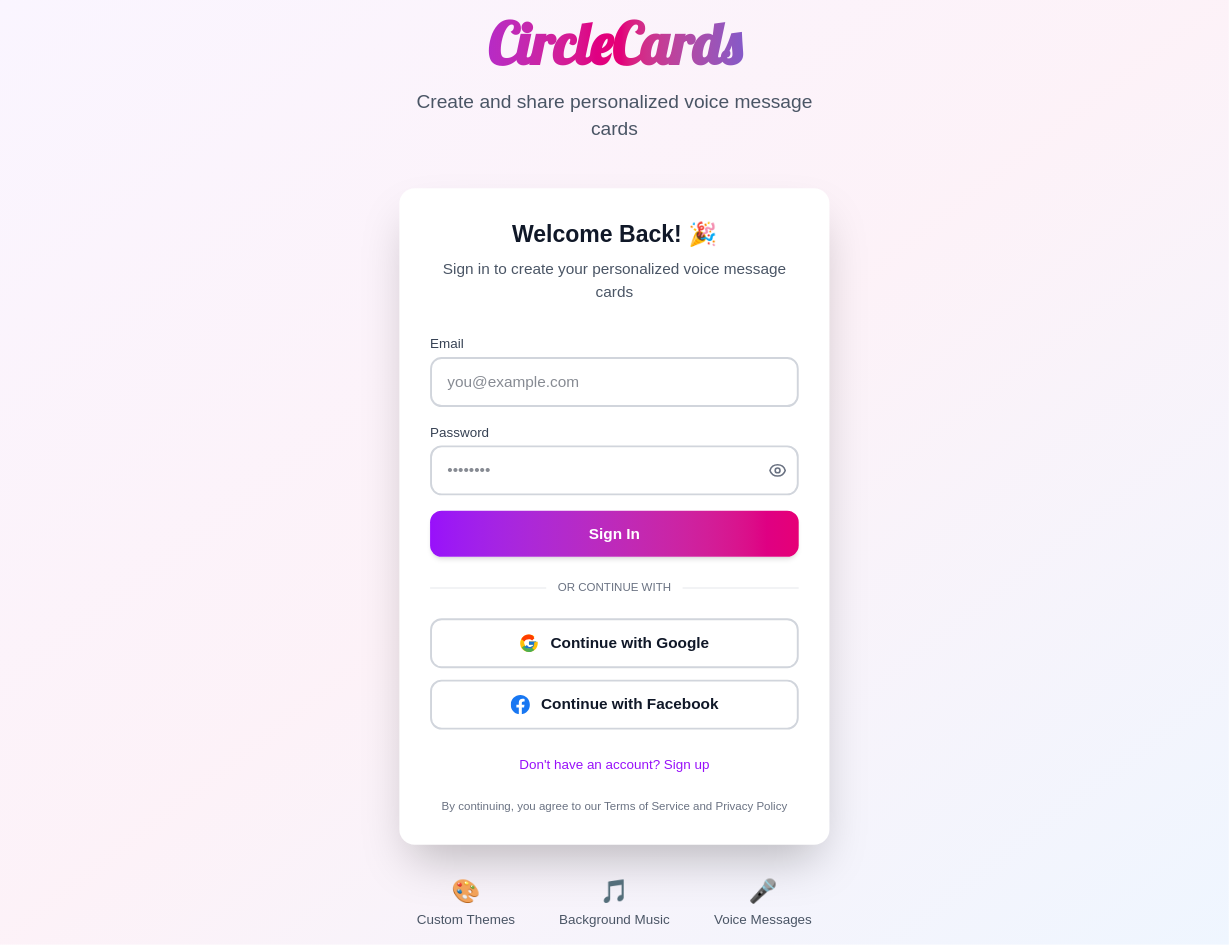
Repository: Aworminator/Birthday-Card-App
Page: /
These files come from the project's save history. The page is drawn as it stood at one moment and after the next save; the edit follows.
The browser window is 1280 px wide. The pictures show the whole page, at 96% of full size.
The page's requests for data from a server got no answer. The project was rebuilt for these pictures with package versions that can differ from the ones it lists, and the page was loaded fresh each time. The framework's server and built-in components were replaced by stand-ins that run in the browser. No one was signed in, and anything a server would have sent is missing. Also part of the build but not shown: next.config.ts.

Above is the page before, as saved 2025-12-22 20:07:21.

### app/layout.tsx
import type { Metadata } from "next";
import { Geist, Geist_Mono, Lobster } from "next/font/google";
import "./globals.css";

const geistSans = Geist({
  variable: "--font-geist-sans",
  subsets: ["latin"],
});

const geistMono = Geist_Mono({
  variable: "--font-geist-mono",
  subsets: ["latin"],
});

const lobster = Lobster({
  weight: "400",
  variable: "--font-lobster",
  subsets: ["latin"],
});

export const metadata: Metadata = {
  title: "Create Next App",
  description: "Generated by create next app",
};

export default function RootLayout({
  children,
}: Readonly<{
  children: React.ReactNode;
}>) {
  return (
    <html lang="en">
      <body
        className={`${geistSans.variable} ${geistMono.variable} ${lobster.variable} antialiased`}
      >
        {children}
      </body>
    </html>
  );
}

### app/page.tsx
"use client";
import { useEffect, useState } from "react";
import { supabase } from "@/lib/supabase";
import { useRouter } from "next/navigation";

export default function WelcomePage() {
  const router = useRouter();
  const [loading, setLoading] = useState(true);
  const [isSignUp, setIsSignUp] = useState(false);
  const [email, setEmail] = useState("");
  const [password, setPassword] = useState("");
  const [authLoading, setAuthLoading] = useState(false);
  const [showPassword, setShowPassword] = useState(false);

  // Password validation
  const validatePassword = (pwd: string) => {
    const hasUpperCase = /[A-Z]/.test(pwd);
    const hasLowerCase = /[a-z]/.test(pwd);
    const hasNumber = /[0-9]/.test(pwd);
    const hasSpecialChar = /[!@#$%^&*(),.?":{}|<>]/.test(pwd);
    const isLongEnough = pwd.length >= 8;

    return {
      hasUpperCase,
      hasLowerCase,
      hasNumber,
      hasSpecialChar,
      isLongEnough,
      isValid:
        hasUpperCase &&
        hasLowerCase &&
        hasNumber &&
        hasSpecialChar &&
        isLongEnough,
    };
  };

  const passwordValidation = validatePassword(password);

  useEffect(() => {
    // Check if user is already logged in
    checkUser();
  }, []);

  const checkUser = async () => {
    const {
      data: { session },
    } = await supabase.auth.getSession();
    if (session) {
      router.push("/dashboard");
    } else {
      setLoading(false);
    }
  };

  const handleEmailAuth = async (e: React.FormEvent) => {
    e.preventDefault();

    // Validate password requirements for sign up
    if (isSignUp && !passwordValidation.isValid) {
      alert("Please meet all password requirements before signing up.");
      return;
    }

    setAuthLoading(true);

    try {
      if (isSignUp) {
        const { error } = await supabase.auth.signUp({
          email,
          password,
          options: {
            emailRedirectTo: `${window.location.origin}/dashboard`,
          },
        });
        if (error) throw error;
        alert("Check your email for the confirmation link!");
      } else {
        const { error } = await supabase.auth.signInWithPassword({
          email,
          password,
        });
        if (error) throw error;
        router.push("/dashboard");
      }
    } catch (error: any) {
      console.error("Error:", error);
      alert(error.message || "Authentication failed. Please try again.");
    } finally {
      setAuthLoading(false);
    }
  };

  const handleOAuth = async (provider: "google" | "facebook") => {
    setAuthLoading(true);
    try {
      const redirectTo = `${window.location.origin}/auth/callback`;
      const { error } = await supabase.auth.signInWithOAuth({
        provider,
        options: { redirectTo },
      });
      if (error) throw error;
      // Redirect happens automatically by Supabase
    } catch (error: any) {
      console.error("OAuth error:", error);
      alert(error.message || "Sign-in failed. Please try again.");
    } finally {
      setAuthLoading(false);
    }
  };

  if (loading) {
    return (
      <main className="min-h-screen flex items-center justify-center bg-gradient-to-br from-purple-50 via-pink-50 to-blue-50">
        <div className="animate-spin rounded-full h-12 w-12 border-b-2 border-purple-500"></div>
      </main>
    );
  }

  return (
    <main className="min-h-screen flex items-center justify-center bg-gradient-to-br from-purple-50 via-pink-50 to-blue-50 p-4">
      <div className="max-w-md w-full">
        {/* Logo/Header */}
        <div className="text-center mb-12">
          <h1
            className="text-6xl font-bold mb-4 bg-gradient-to-r from-purple-600 via-pink-600 to-blue-600 bg-clip-text text-transparent"
            style={{
              fontFamily: '"Lobster", sans-serif',
            }}
          >
            CircleCards
          </h1>
          <p className="text-xl text-gray-600">
            Create and share personalized voice message cards
          </p>
        </div>

        {/* Welcome Card */}
        <div className="bg-white rounded-2xl shadow-2xl p-8">
          <h2 className="text-2xl font-bold text-gray-900 mb-2 text-center">
            {isSignUp ? "Create Account" : "Welcome Back!"} 🎉
          </h2>
          <p className="text-gray-600 mb-8 text-center">
            {isSignUp
              ? "Sign up to start creating voice message cards"
              : "Sign in to create your personalized voice message cards"}
          </p>

          {/* Email/Password Form */}
          <form onSubmit={handleEmailAuth} className="space-y-4">
            <div>
              <label
                htmlFor="email"
                className="block text-sm font-medium text-gray-700 mb-1"
              >
                Email
              </label>
              <input
                id="email"
                type="email"
                value={email}
                onChange={(e) => setEmail(e.target.value)}
                required
                className="w-full px-4 py-3 border-2 border-gray-300 rounded-xl focus:border-purple-500 focus:outline-none transition-colors text-gray-900"
                placeholder="you@example.com"
              />
            </div>
            <div>
              <label
                htmlFor="password"
                className="block text-sm font-medium text-gray-700 mb-1"
              >
                Password
              </label>
              <div className="relative">
                <input
                  id="password"
                  type={showPassword ? "text" : "password"}
                  value={password}
                  onChange={(e) => setPassword(e.target.value)}
                  required
                  minLength={8}
                  className="w-full px-4 py-3 pr-12 border-2 border-gray-300 rounded-xl focus:border-purple-500 focus:outline-none transition-colors text-gray-900"
                  placeholder="••••••••"
                />
                <button
                  type="button"
                  onClick={() => setShowPassword(!showPassword)}
                  className="absolute right-3 top-1/2 -translate-y-1/2 text-gray-500 hover:text-gray-700"
                >
                  {showPassword ? (
                    <svg
                      className="w-5 h-5"
                      fill="none"
                      stroke="currentColor"
                      viewBox="0 0 24 24"
                    >
                      <path
                        strokeLinecap="round"
                        strokeLinejoin="round"
                        strokeWidth={2}
                        d="M13.875 18.825A10.05 10.05 0 0112 19c-4.478 0-8.268-2.943-9.543-7a9.97 9.97 0 011.563-3.029m5.858.908a3 3 0 114.243 4.243M9.878 9.878l4.242 4.242M9.88 9.88l-3.29-3.29m7.532 7.532l3.29 3.29M3 3l3.59 3.59m0 0A9.953 9.953 0 0112 5c4.478 0 8.268 2.943 9.543 7a10.025 10.025 0 01-4.132 5.411m0 0L21 21"
                      />
                    </svg>
                  ) : (
                    <svg
                      className="w-5 h-5"
                      fill="none"
                      stroke="currentColor"
                      viewBox="0 0 24 24"
                    >
                      <path
                        strokeLinecap="round"
                        strokeLinejoin="round"
                        strokeWidth={2}
                        d="M15 12a3 3 0 11-6 0 3 3 0 016 0z"
                      />
                      <path
                        strokeLinecap="round"
                        strokeLinejoin="round"
                        strokeWidth={2}
                        d="M2.458 12C3.732 7.943 7.523 5 12 5c4.478 0 8.268 2.943 9.542 7-1.274 4.057-5.064 7-9.542 7-4.477 0-8.268-2.943-9.542-7z"
                      />
                    </svg>
                  )}
                </button>
              </div>
              {isSignUp && password && (
                <div className="mt-2 space-y-1 text-xs">
                  <div
                    className={
                      passwordValidation.isLongEnough
                        ? "text-green-600"
                        : "text-gray-500"
                    }
                  >
                    {passwordValidation.isLongEnough ? "✓" : "○"} At least 8
                    characters
                  </div>
                  <div
                    className={
                      passwordValidation.hasUpperCase
                        ? "text-green-600"
                        : "text-gray-500"
                    }
                  >
                    {passwordValidation.hasUpperCase ? "✓" : "○"} One uppercase
                    letter
                  </div>
                  <div
                    className={
                      passwordValidation.hasLowerCase
                        ? "text-green-600"
                        : "text-gray-500"
                    }
                  >
                    {passwordValidation.hasLowerCase ? "✓" : "○"} One lowercase
                    letter
                  </div>
                  <div
                    className={
                      passwordValidation.hasNumber
                        ? "text-green-600"
                        : "text-gray-500"
                    }
                  >
                    {passwordValidation.hasNumber ? "✓" : "○"} One number
                  </div>
                  <div
                    className={
                      passwordValidation.hasSpecialChar
                        ? "text-green-600"
                        : "text-gray-500"
                    }
                  >
                    {passwordValidation.hasSpecialChar ? "✓" : "○"} One special
                    character (!@#$%^&*)
                  </div>
                </div>
              )}
            </div>
            <button
              type="submit"
              disabled={authLoading}
              className="w-full px-6 py-3 bg-gradient-to-r from-purple-600 to-pink-600 text-white rounded-xl hover:from-purple-700 hover:to-pink-700 transition-all shadow-md hover:shadow-lg font-semibold disabled:opacity-50 disabled:cursor-not-allowed"
            >
              {authLoading ? "Loading..." : isSignUp ? "Sign Up" : "Sign In"}
            </button>
          </form>

          {/* Divider */}
          <div className="my-6 flex items-center">
            <div className="flex-1 h-px bg-gray-200" />
            <span className="px-3 text-xs uppercase text-gray-500">
              Or continue with
            </span>
            <div className="flex-1 h-px bg-gray-200" />
          </div>

          {/* OAuth Buttons */}
          <div className="grid gap-3">
            <button
              type="button"
              disabled={authLoading}
              onClick={() => handleOAuth("google")}
              className="w-full px-6 py-3 border-2 border-gray-300 rounded-xl hover:border-gray-400 transition-all bg-white text-gray-900 font-semibold disabled:opacity-50 disabled:cursor-not-allowed flex items-center justify-center gap-3"
            >
              <svg
                xmlns="http://www.w3.org/2000/svg"
                viewBox="0 0 48 48"
                className="w-5 h-5"
              >
                <path
                  fill="#FFC107"
                  d="M43.611 20.083H42V20H24v8h11.303C33.676 31.258 29.223 34 24 34c-6.627 0-12-5.373-12-12s5.373-12 12-12c3.059 0 5.842 1.153 7.961 3.039l5.657-5.657C34.869 4.108 29.706 2 24 2 11.85 2 2 11.85 2 24s9.85 22 22 22 22-9.85 22-22c0-1.341-.138-2.651-.389-3.917z"
                />
                <path
                  fill="#FF3D00"
                  d="M6.306 14.691l6.571 4.814C14.297 16.108 18.757 14 24 14c3.059 0 5.842 1.153 7.961 3.039l5.657-5.657C34.869 4.108 29.706 2 24 2 15.317 2 7.957 6.76 4.306 14.691z"
                />
                <path
                  fill="#4CAF50"
                  d="M24 46c5.166 0 9.86-1.977 13.409-5.191l-6.19-5.238C29.172 36.477 26.735 37.5 24 37.5 18.805 37.5 14.373 34.127 12.71 29.5l-6.49 5.002C9.828 41.289 16.428 46 24 46z"
                />
                <path
                  fill="#1976D2"
                  d="M43.611 20.083H42V20H24v8h11.303c-1.353 3.258-4.63 5.5-8.303 5.5-3.582 0-6.64-2.091-8.004-5.108l-6.49 5.002C14.373 34.127 18.805 37.5 24 37.5 29.223 37.5 33.676 34.758 35.303 32h.001c1.095-1.704 1.743-3.705 1.743-5.917 0-1.341-.138-2.651-.389-3.917z"
                />
              </svg>
              Continue with Google
            </button>
            <button
              type="button"
              disabled={authLoading}
              onClick={() => handleOAuth("facebook")}
              className="w-full px-6 py-3 border-2 border-gray-300 rounded-xl hover:border-gray-400 transition-all bg-white text-gray-900 font-semibold disabled:opacity-50 disabled:cursor-not-allowed flex items-center justify-center gap-3"
            >
              <svg
                xmlns="http://www.w3.org/2000/svg"
                viewBox="0 0 24 24"
                className="w-5 h-5 fill-[#1877F2]"
              >
                <path d="M24 12.073C24 5.405 18.627 0 12 0S0 5.405 0 12.073C0 18.09 4.388 23.094 10.125 24v-8.438H7.078V12.07h3.047V9.412c0-3.007 1.792-4.668 4.533-4.668 1.312 0 2.686.235 2.686.235v2.953h-1.513c-1.492 0-1.955.93-1.955 1.887v2.251h3.328l-.532 3.492h-2.796V24C19.612 23.094 24 18.09 24 12.073z" />
              </svg>
              Continue with Facebook
            </button>
          </div>

          <div className="mt-6 text-center">
            <button
              onClick={() => setIsSignUp(!isSignUp)}
              className="text-sm text-purple-600 hover:text-purple-700 font-medium"
            >
              {isSignUp
                ? "Already have an account? Sign in"
                : "Don't have an account? Sign up"}
            </button>
          </div>

          <p className="text-xs text-gray-500 text-center mt-6">
            By continuing, you agree to our Terms of Service and Privacy Policy
          </p>
        </div>

        {/* Features */}
        <div className="mt-8 text-center">
          <div className="grid grid-cols-3 gap-4 text-sm text-gray-600">
            <div>
              <div className="text-2xl mb-1">🎨</div>
              <div>Custom Themes</div>
            </div>
            <div>
              <div className="text-2xl mb-1">🎵</div>
              <div>Background Music</div>
            </div>
            <div>
              <div className="text-2xl mb-1">🎤</div>
              <div>Voice Messages</div>
            </div>
          </div>
        </div>
      </div>
    </main>
  );
}

### app/globals.css
@import "tailwindcss";

:root {
  --background: #ffffff;
  --foreground: #171717;
}

@theme inline {
  --color-background: var(--background);
  --color-foreground: var(--foreground);
  --font-sans: var(--font-geist-sans);
  --font-mono: var(--font-geist-mono);
}

@media (prefers-color-scheme: dark) {
  :root {
    --background: #0a0a0a;
    --foreground: #ededed;
  }
}

body {
  background: var(--background);
  color: var(--foreground);
  font-family: Arial, Helvetica, sans-serif;
}

/* Snowflake animation for Christmas background */
.snowflake {
  position: absolute;
  color: white;
  font-size: 1em;
  opacity: 0.8;
  animation-name: fall;
  animation-timing-function: linear;
  user-select: none;
}

@keyframes fall {
  0% {
    transform: translateY(-10vh);
    opacity: 0;
  }
  15% {
    opacity: 1;
  }
  100% {
    transform: translateY(110vh);
    opacity: 1;
  }
}

/* Balloon animation for Birthday background */
.balloon {
  position: absolute;
  bottom: -15vh;
  opacity: 0;
  animation-name: floatUp;
  animation-timing-function: ease-in;
  width: 60px;
  height: 80px;
  border-radius: 50% 50% 45% 45%;
  border: 2px solid rgba(0, 0, 0, 0.4);
  box-shadow: inset -10px -20px 30px rgba(255, 255, 255, 0.4);
  z-index: 1;
}

/* Knot under the balloon */
.balloon::after {
  content: "";
  position: absolute;
  bottom: -10px;
  left: 50%;
  width: 6px;
  height: 6px;
  background: inherit;
  border: 2px solid rgba(0, 0, 0, 0.4);
  border-radius: 20% 60% 60% 60%;
  transform: translateX(-50%) rotate(45deg);
  z-index: 0;
}

.balloon::before {
  content: "";
  position: absolute;
  bottom: -40px;
  left: 50%;
  width: 1px;
  height: 40px;
  background: rgba(0, 0, 0, 0.387);
  transform: translateX(-50%);
}

@keyframes floatUp {
  0% {
    transform: translateY(0);
    opacity: 0;
  }
  10% {
    opacity: 1;
  }
  100% {
    transform: translateY(-120vh);
    opacity: 0;
  }
}

### lib/supabase.ts
import { createClient } from "@supabase/supabase-js";

const supabaseUrl = process.env.NEXT_PUBLIC_SUPABASE_URL;
const supabaseAnonKey = process.env.NEXT_PUBLIC_SUPABASE_ANON_KEY;

if (!supabaseUrl || !supabaseAnonKey) {
  // Provide clear guidance during dev rather than crashing obscurely
  console.error(
    "Supabase env vars missing. Set NEXT_PUBLIC_SUPABASE_URL and NEXT_PUBLIC_SUPABASE_ANON_KEY in .env.local."
  );
  throw new Error("Supabase configuration missing.");
}

export const supabase = createClient(supabaseUrl, supabaseAnonKey);

export type BirthdayCard = {
  id: string;
  name: string;
  image_url: string;
  audio_url: string;
  project_id: string;
  user_id: string;
  created_at: string;
  updated_at: string;
};

export type Project = {
  id: string;
  user_id: string;
  name: string;
  theme: "birthday" | "christmas" | "neutral";
  header_text: string;
  custom_music_url: string | null;
  use_default_music: boolean;
  automatic_mode: boolean;
  created_at: string;
  updated_at: string;
};

export type ShareSession = {
  id: string;
  share_id: string;
  project_id: string;
  created_at: string;
};

export type InviteSession = {
  id: string;
  invite_id: string;
  project_id: string;
  access_code: string;
  used: boolean;
  created_at: string;
  used_at: string | null;
};

After the next save:
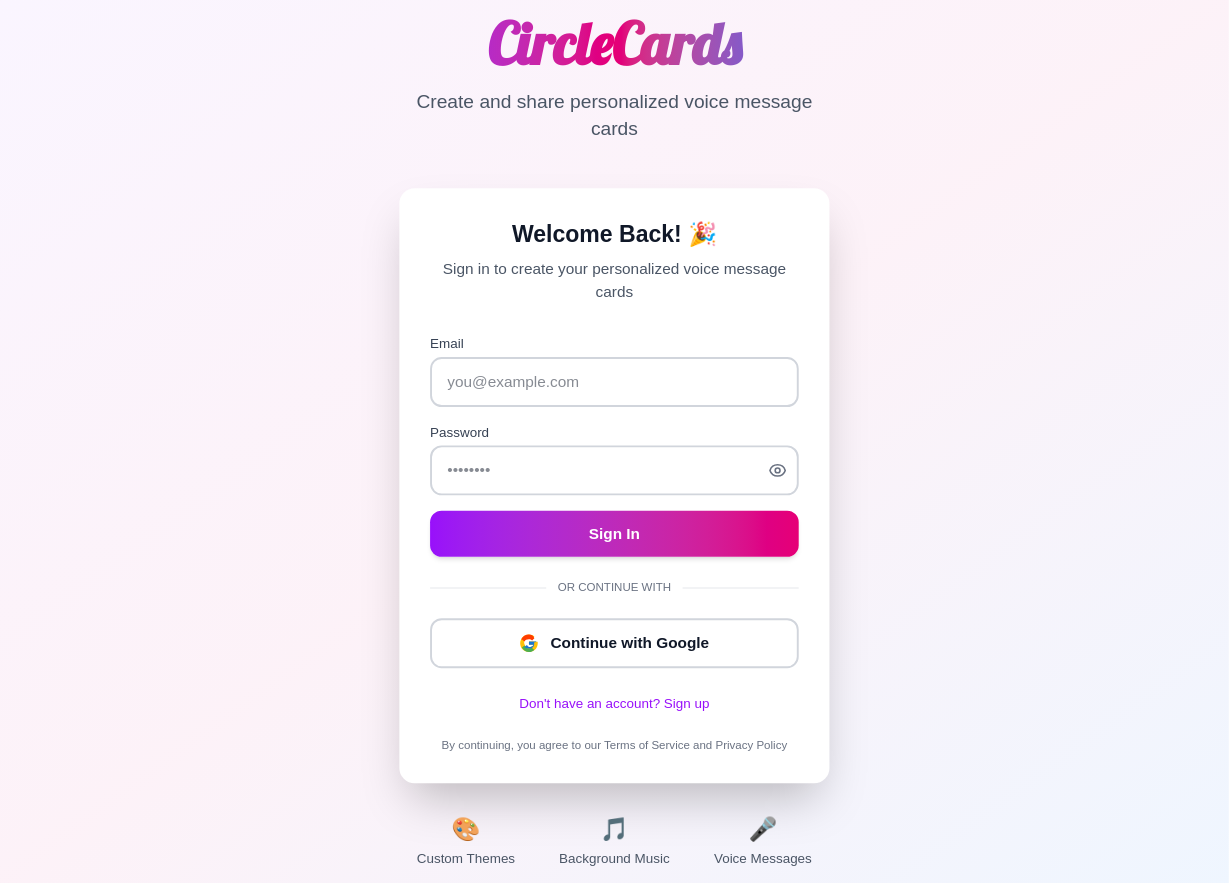
Saved 55 min 46 s later.
--- a/app/page.tsx
+++ b/app/page.tsx
@@ -2,6 +2,8 @@
 import { useEffect, useState } from "react";
 import { supabase } from "@/lib/supabase";
 import { useRouter } from "next/navigation";
+
+const enableFacebook = process.env.NEXT_PUBLIC_ENABLE_FACEBOOK === "true";
 
 export default function WelcomePage() {
   const router = useRouter();
@@ -329,21 +331,23 @@ export default function WelcomePage() {
               </svg>
               Continue with Google
             </button>
-            <button
-              type="button"
-              disabled={authLoading}
-              onClick={() => handleOAuth("facebook")}
-              className="w-full px-6 py-3 border-2 border-gray-300 rounded-xl hover:border-gray-400 transition-all bg-white text-gray-900 font-semibold disabled:opacity-50 disabled:cursor-not-allowed flex items-center justify-center gap-3"
-            >
-              <svg
-                xmlns="http://www.w3.org/2000/svg"
-                viewBox="0 0 24 24"
-                className="w-5 h-5 fill-[#1877F2]"
+            {enableFacebook && (
+              <button
+                type="button"
+                disabled={authLoading}
+                onClick={() => handleOAuth("facebook")}
+                className="w-full px-6 py-3 border-2 border-gray-300 rounded-xl hover:border-gray-400 transition-all bg-white text-gray-900 font-semibold disabled:opacity-50 disabled:cursor-not-allowed flex items-center justify-center gap-3"
               >
-                <path d="M24 12.073C24 5.405 18.627 0 12 0S0 5.405 0 12.073C0 18.09 4.388 23.094 10.125 24v-8.438H7.078V12.07h3.047V9.412c0-3.007 1.792-4.668 4.533-4.668 1.312 0 2.686.235 2.686.235v2.953h-1.513c-1.492 0-1.955.93-1.955 1.887v2.251h3.328l-.532 3.492h-2.796V24C19.612 23.094 24 18.09 24 12.073z" />
-              </svg>
-              Continue with Facebook
-            </button>
+                <svg
+                  xmlns="http://www.w3.org/2000/svg"
+                  viewBox="0 0 24 24"
+                  className="w-5 h-5 fill-[#1877F2]"
+                >
+                  <path d="M24 12.073C24 5.405 18.627 0 12 0S0 5.405 0 12.073C0 18.09 4.388 23.094 10.125 24v-8.438H7.078V12.07h3.047V9.412c0-3.007 1.792-4.668 4.533-4.668 1.312 0 2.686.235 2.686.235v2.953h-1.513c-1.492 0-1.955.93-1.955 1.887v2.251h3.328l-.532 3.492h-2.796V24C19.612 23.094 24 18.09 24 12.073z" />
+                </svg>
+                Continue with Facebook
+              </button>
+            )}
           </div>
 
           <div className="mt-6 text-center">
